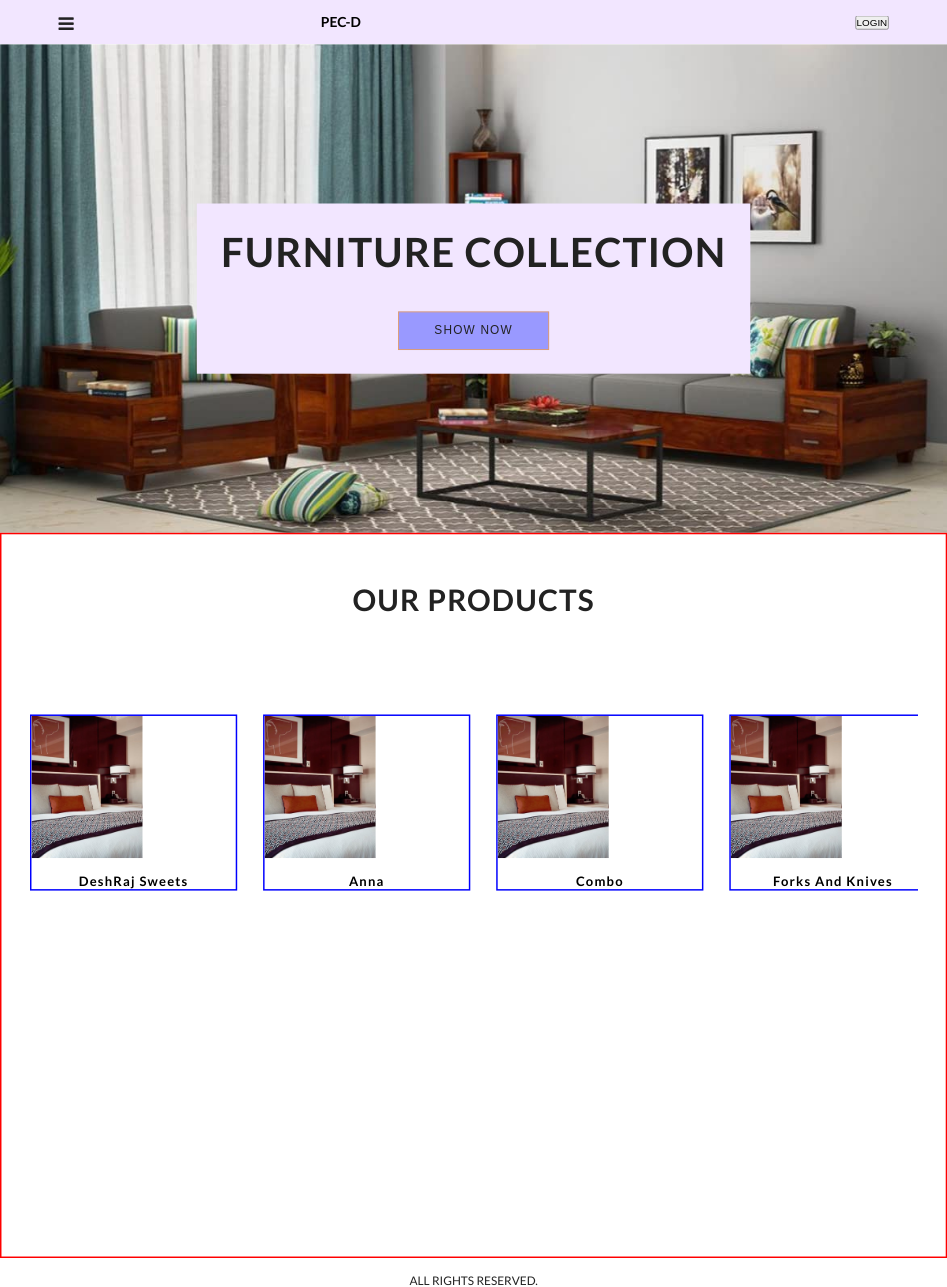
Repository: CHIR4G7/PEC-D
Page: public/index.html
The author's editor kept a copy of each file at every save. The page is drawn from the files as they stood at one save, then again after the next save.
The browser window is 1280 px wide. The pictures show the whole page, at 74% of full size.

Above is the page before, as saved 2023-07-11 19:36:57.

After the next save:
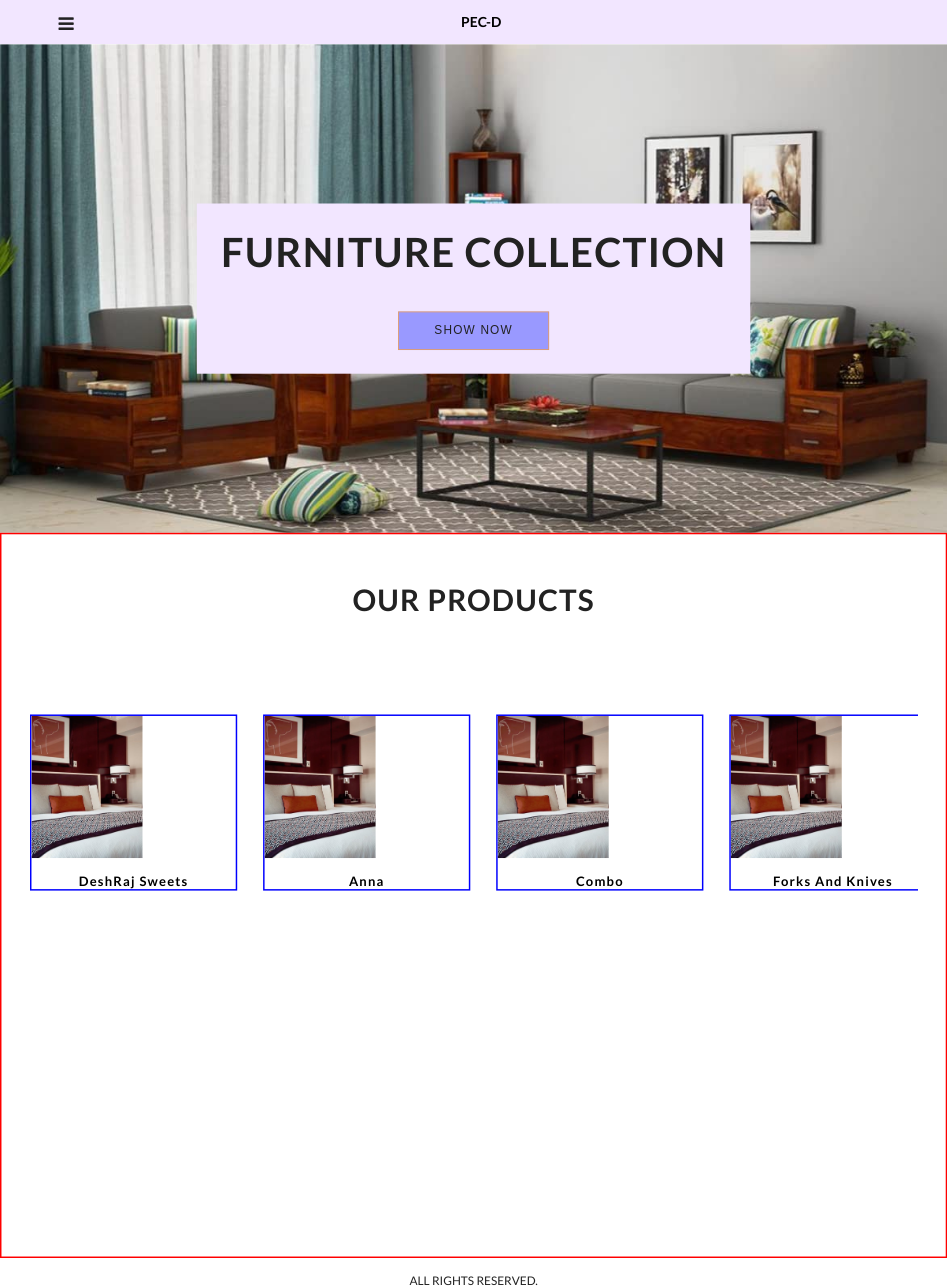
Saved 13 s later.
--- a/public/index.html
+++ b/public/index.html
@@ -25,7 +25,7 @@
                 </span> -->
                 <!-- <div class="cart-items">0</div> -->
             </div>
-            <button>LOGIN</button>
+            <!-- <button>LOGIN</button> -->
         </div>
     </nav>
     <!-- end of navbar -->

After the save that followed:
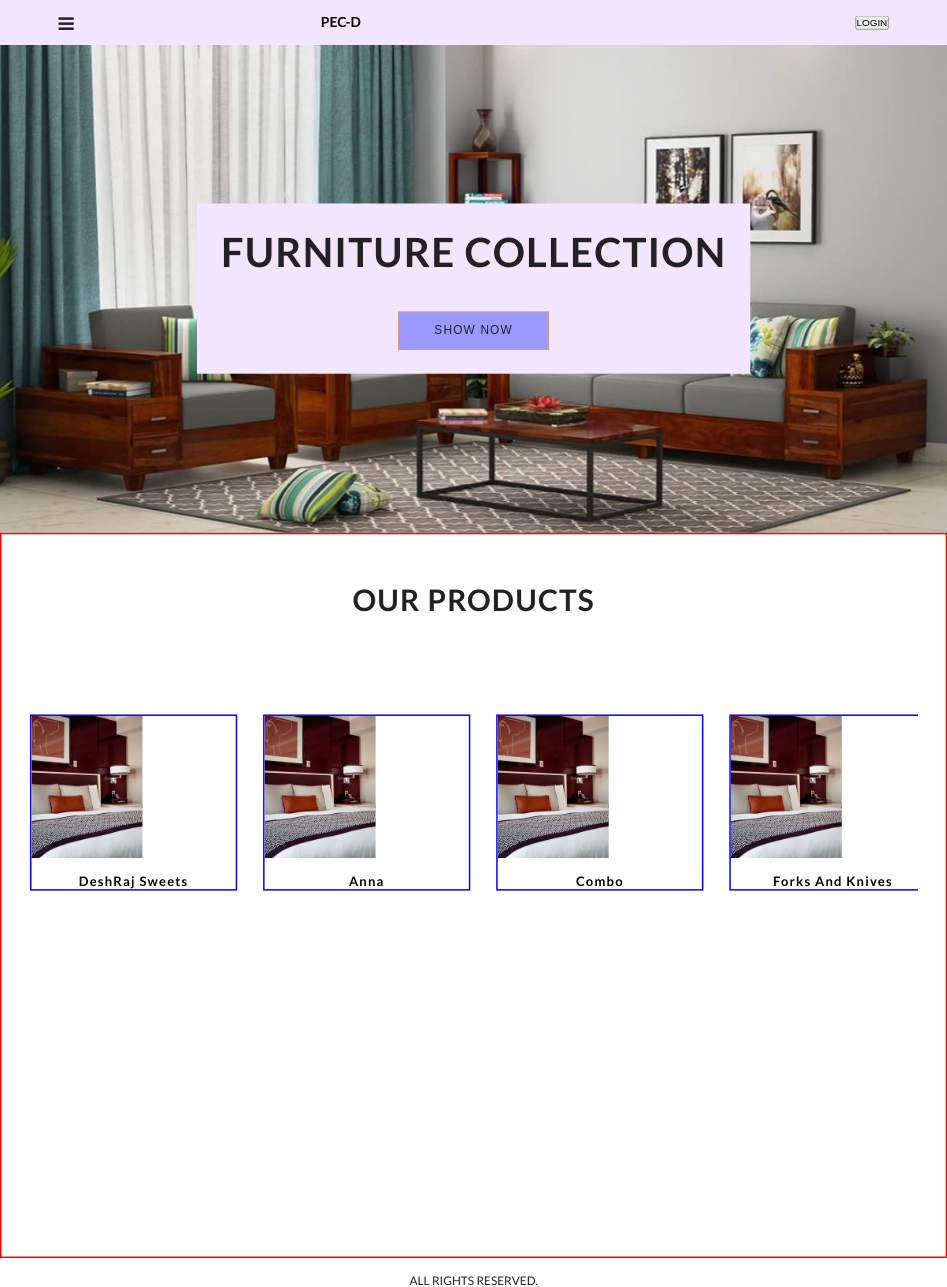
Saved 6 s later.
--- a/public/index.html
+++ b/public/index.html
@@ -25,7 +25,7 @@
                 </span> -->
                 <!-- <div class="cart-items">0</div> -->
             </div>
-            <!-- <button>LOGIN</button> -->
+            <button>LOGIN</button>
         </div>
     </nav>
     <!-- end of navbar -->
